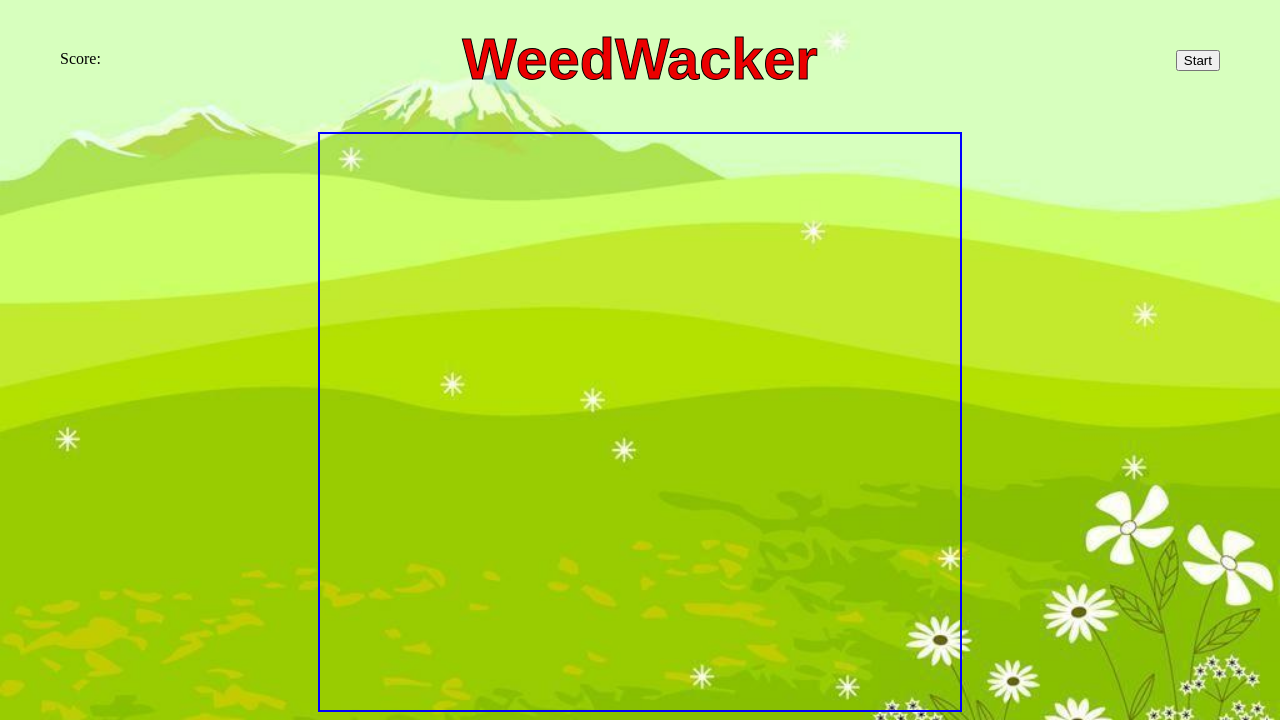
Repository: AustinW24/weedwacker
Page: index.html
The author's editor kept a copy of each file at every save. The page is drawn from the files as they stood at one save, then again after the next save.
The browser window is 1280 px wide. The page is 1280 px wide, then 1288 px, so the pictures cover 1288 px, including what lies to the right of the window. The pictures show the whole page.
Some web fonts or font styles are not loaded; a fallback is used.

Above is the page before, as saved 2022-02-09 10:08:42.

After the next save:
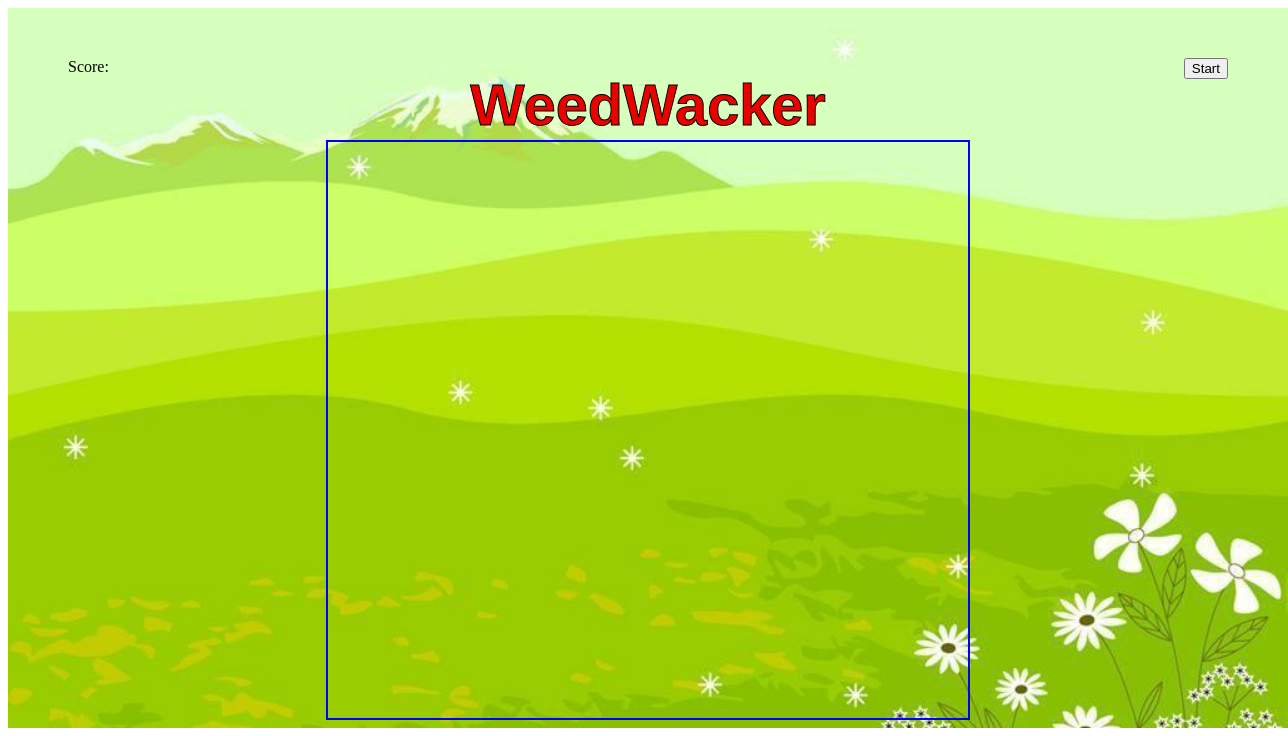
Saved 77 s later.
--- a/style.css
+++ b/style.css
@@ -1,4 +1,4 @@
-* {
+html{
     box-sizing: border-box;
     margin: 0 auto;
 }
